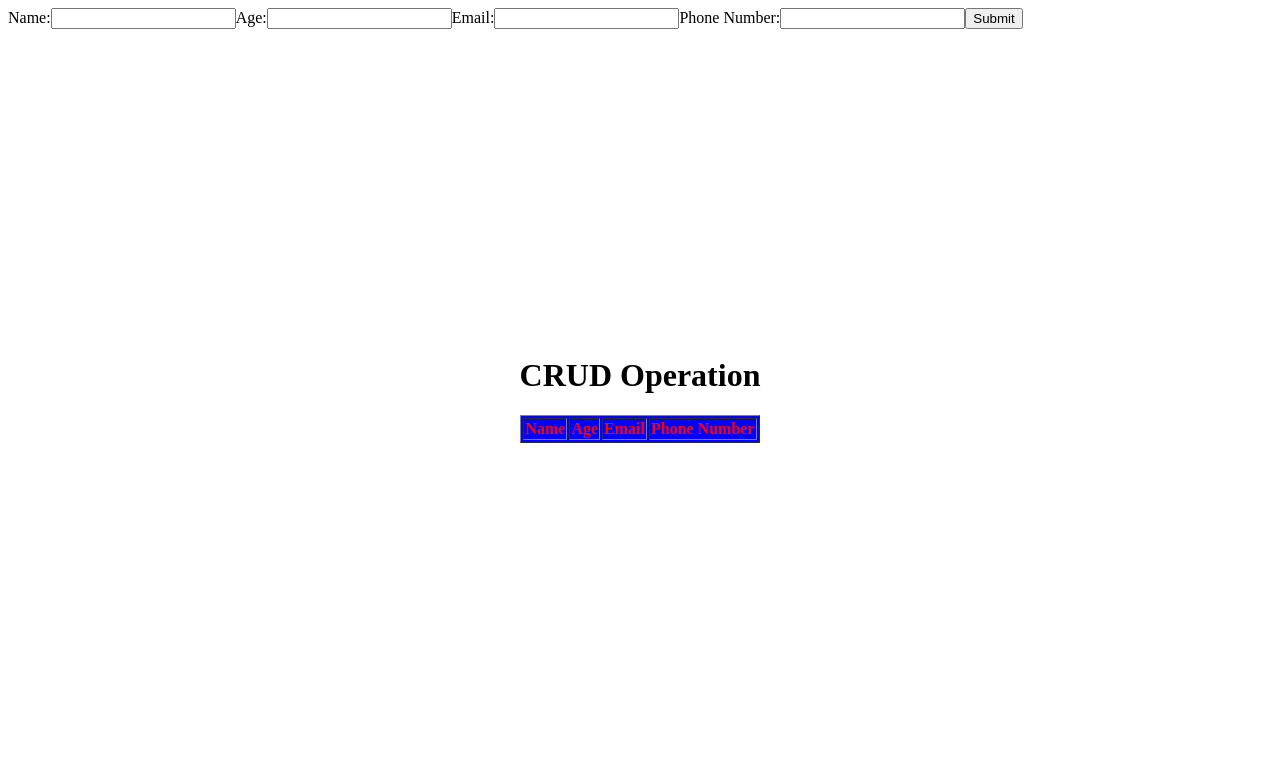
Repository: Josephkennedy603/CRUD-Operation
Page: /
These files come from the project's save history. The page is drawn as it stood at one moment and after the next save; the edit follows.
The browser window is 1280 px wide. The pictures show the whole page.
The page's requests for data from a server got no answer. The project was rebuilt for these pictures with package versions that can differ from the ones it lists, and the page was loaded fresh each time. No one was signed in, and anything a server would have sent is missing. Also part of the build but not shown: src/index.css.

Above is the page before, as saved 2024-03-09 23:29:52.

After the next save:
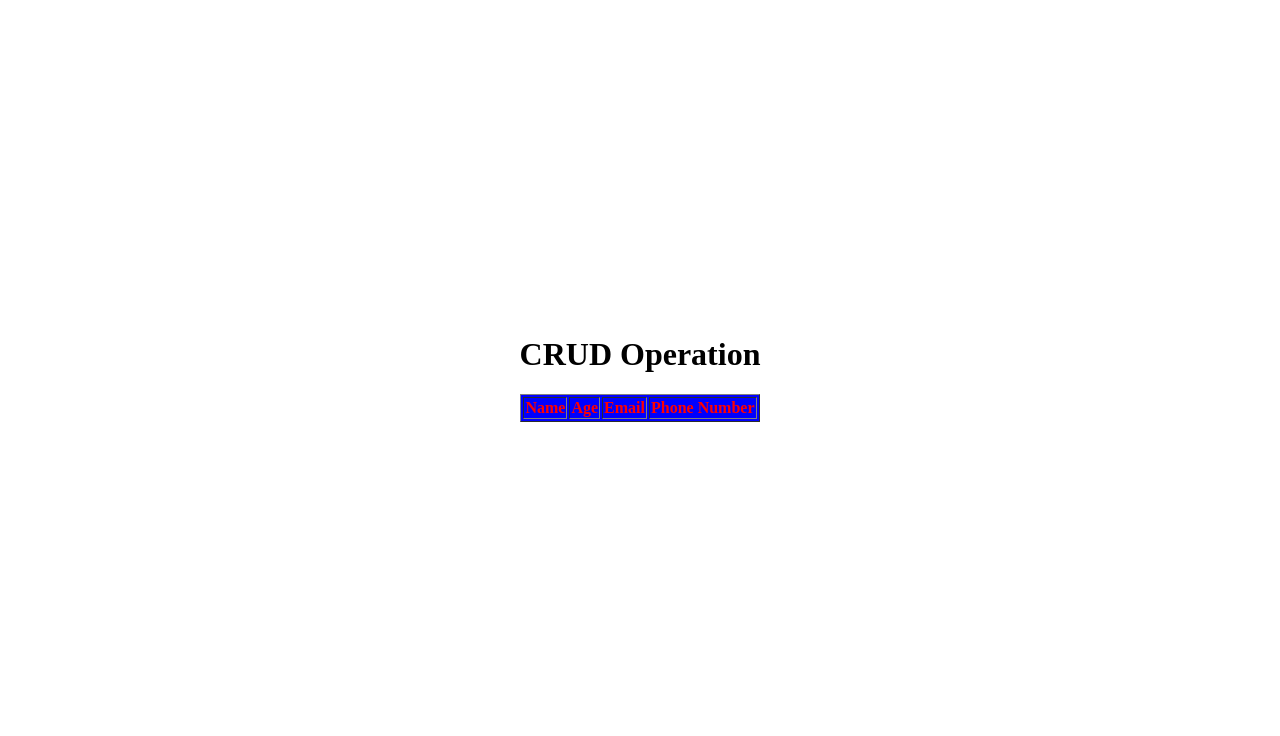
Saved 22 h 32 min later.
--- a/src/index.js
+++ b/src/index.js
@@ -7,7 +7,6 @@ import Create from "./create";
 const root = ReactDOM.createRoot(document.getElementById("root"));
 root.render(
   <div>
-    <Create />
     <App />
   </div>
 );
